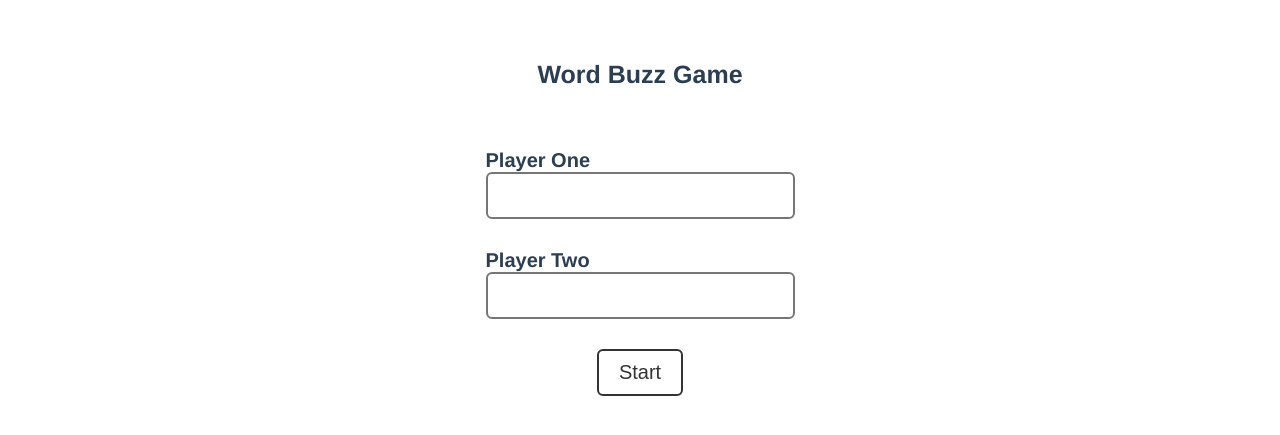
Repository: victorighalo/word-buzz-vue
Page: /
An editor plug-in stored every save of this project. The page is shown before and after the next save, followed by the edit.
The browser window is 1280 px wide. The pictures show the whole page.
The project was rebuilt for these pictures with package versions that can differ from the ones it lists, and the page was loaded fresh each time. Also part of the build but not shown: vue.config.js.

Above is the page before, as saved 2021-09-19 23:16:21.

### src/App.vue
<template>
  <GameContainer/>
</template>

<script>
import './assets/styles.scss'
import GameContainer from './components/GameContainer.vue'

export default {
  name: 'App',
  components: {
    GameContainer
  }
}
</script>

<style>
#app {
  font-family: Avenir, Helvetica, Arial, sans-serif;
  -webkit-font-smoothing: antialiased;
  -moz-osx-font-smoothing: grayscale;
  text-align: center;
  color: #2c3e50;
  margin-top: 60px;
}

.mb{
    margin-bottom: 30px !important;
}
.mt{
    margin-top: 30px !important;
}
label{
  display: block;
  text-align: left;
}
button {
    padding: 10px 20px;
    border-radius: 6px;
    border-width: 2px;
    border-style: solid;
    font-size: 20px;
    cursor: pointer;
    background: #fff;
        color: #333;
        border-color: #333;
    transition: 0.25s ease;
}
button:hover{
        background: #333;
        color: #fff;
}
input {
    padding: 10px 20px;
    border-radius: 6px;
    border-width: 2px;
    border-style: solid;
    font-size: 20px;
    cursor: pointer;
    transition: 0.25s ease;
}
h3{
font-size: 25px;
margin: 0;
}

h5{
    font-size: 20px;
    margin: 0;
    }
.game{
    display: flex;
    justify-content: space-around;
    align-items: center;
    flex-direction: row;
    height:90%
}
.game > .container > .header{
margin-bottom: 60px;
}
.game > .container{
        width: 50%;
    display: flex;
    justify-content: space-around;
    align-items: center;
    flex-direction: column;
    }
    .game > .gameover{
        width: 50%;
    display: flex;
    justify-content: space-around;
    align-items: center;
    flex-direction: column;
    }
.players > div{
        margin-bottom: 30px !important;
        text-align: left;
}
</style>

### src/assets/styles.scss
@import url('https://fonts.googleapis.com/css?family=Ubuntu');
// * {
//     all: unset;
//     display: revert;
//     box-sizing: border-box;
//     font-family: 'Ubuntu', sans-serif;

// }
// [default-styles] {
//     all: revert;
// }

### src/components/GameContainer.vue
<template>
  <div class="game">

 <div class="container" v-if="!uiProps.gameover">
   <div class="header">
     <h3>Word Buzz Game</h3>
   </div>
   <div class="content">
     <div class="players" v-if="!uiProps.gameStarted">
       <div class="mb">
         <h5>Player One</h5>
         <input type="text" v-model="uiProps.playerOne.name">
       </div>
       <div class="mb">
         <h5>Player Two</h5>
         <input type="text" v-model="uiProps.playerTwo.name">
       </div>
       <button @click="startGame">Start</button>
     </div>

     <div  class="question__container" v-if="uiProps.gameStarted && nextQuestion === null">
       <h5 class="mb">Hey! {{uiProps?.playerOne?.name}}, Enter your secret word</h5>
      <div class="question">

          <div class="mb">
            <label for="question">Secret Word</label>
            <input type="password" v-model="uiProps.question.value">
          </div>
          <div class="mb">
            <label for="question">Word Hint</label>
            <input type="text" v-model="uiProps.question.hint">
          </div>
          <button @click="saveQuestion" >Go!</button>

      </div>
     </div>

     <div class="answer__container"  v-if="uiProps.gameStarted && nextQuestion !== null">

         <div class="mb">
            <h5 class="mb">Hey! {{uiProps?.playerTwo?.name}}, Take a guess of {{uiProps?.playerOne?.name}}'s secret Word</h5>
            <h5>Word Hint: {{nextQuestion.hint}}</h5>
            <p class="mb">You have {{guessCount}} tries left</p>
            <input type="text" v-model="uiProps.answer">
          </div>
          <button @click="saveAnswer" >Take a guess</button>
       </div>

   </div>
   <div class="gameover"  v-if="uiProps.gameover">
     <h3>Game Over</h3>
   </div>
      </div>
      </div>
      </template>

<script>
  import { GameState } from "../data";
  import { GameModels} from "../models";
export default {
  name: 'Game',
  props: {
    msg: String
  },
  data: GameState,
  methods:{
  startGame(){
    if(this.playersReady){
      this.uiProps.gameStarted = true
    }else{
      alert('Enter Players name')
    }
  },
  saveQuestion(){
    if(!this.questionReady){
      alert('Hey! You need to enter a secret word and a hint. That\'s how the game works. duh!!!')
      return
    }
    GameModels.question.value = this.uiProps.question.value
    GameModels.question.hint = this.uiProps.question.hint
    GameModels.question.playerId = this.uiProps.playerOne.id
    GameModels.question.answers = []
    GameModels.question.questionKey = this.uiProps.questions.length
    this.uiProps.currentQuestionKey = this.uiProps.questions.length
    this.uiProps.questions.push(GameModels.question)
    console.log(this.uiProps.questions)

  },
    saveAnswer(){
if(this.nextQuestion){
  if(this.uiProps.answer.length < 2){
      alert(`Input an answer`)
      return false
    }
  const valid = this.validateAnswer()
  GameModels.answer.playerId = this.uiProps.playerTwo.id
  GameModels.answer.questionKey = this.nextQuestion.questionKey
  GameModels.answer.value = this.uiProps.answer
  this.uiProps.questions[this.nextQuestion.questionKey].answers.push(GameModels.answer)
  if(valid){
    this.uiProps.currentQuestionKey += 1
  }
}
  },
  validateAnswer(){
    if(this.uiProps.questions[this.nextQuestion.questionKey].value.toLowerCase() === this.uiProps.answer){
      alert(`Correct Answer!!!`)
      this.uiProps.answer = ''
      this.uiProps.question.value = ''
      this.uiProps.question.hint = ''
      return true
    }else{
      alert(`Wrong guess!!! You have ${this.guessCount - 1} tries left`)
      this.uiProps.answer = ''
      return false
    }
  }
  },
  computed: {
    playersReady(){ return this.uiProps.playerOne.name.length > 0 && this.uiProps.playerTwo.name.length > 0 },
    questionReady(){ return this.uiProps.question.value.length > 2 && this.uiProps.question.hint.length > 2 },
    nextQuestion(){
      let question = null
      if(this.uiProps.currentQuestionKey !== null){
      const cq = this.uiProps.questions[this.uiProps.currentQuestionKey]
      if(!cq){
        return null
      }
        if(cq.answers.length - 1 === this.uiProps.maxAnswersCount){
          question = this.uiProps.questions[this.uiProps.currentQuestionKey+1];
        }else{
          question = cq;
        }
        return question
      }
      return question;
    },
    guessCount(){
      if(this.nextQuestion){
        return this.uiProps.maxAnswersCount - this.nextQuestion.answers.length
      }else{
        return 0
      }
    }
  }
}
</script>

### src/data/index.js
export const GameState = function () {
    return {
        uiProps: {
            playerOne:{
            name:'',
            id:0,
            },
            playerTwo:{
            name:'',
            id:1
            },
            gameStarted:false,
            questions: [],
            question:{
                value:'',
                hint:''
            },
            answer:'',
            maxAnswersCount: 20,
            currentQuestionKey: null,
            gameOver: true,
    }
}
}

### src/models/index.js
export const GameModels = {
        question: {
            questionKey:null,
            playerId:null,
            value:null,
            hint:null,
            answers:[]
    },
    answer: {
        playerId:null,
        questionKey:null,
        value:null,
    }
}

Loaded but not shown: public/index.html (common file); src/main.js (common file)

After the next save:
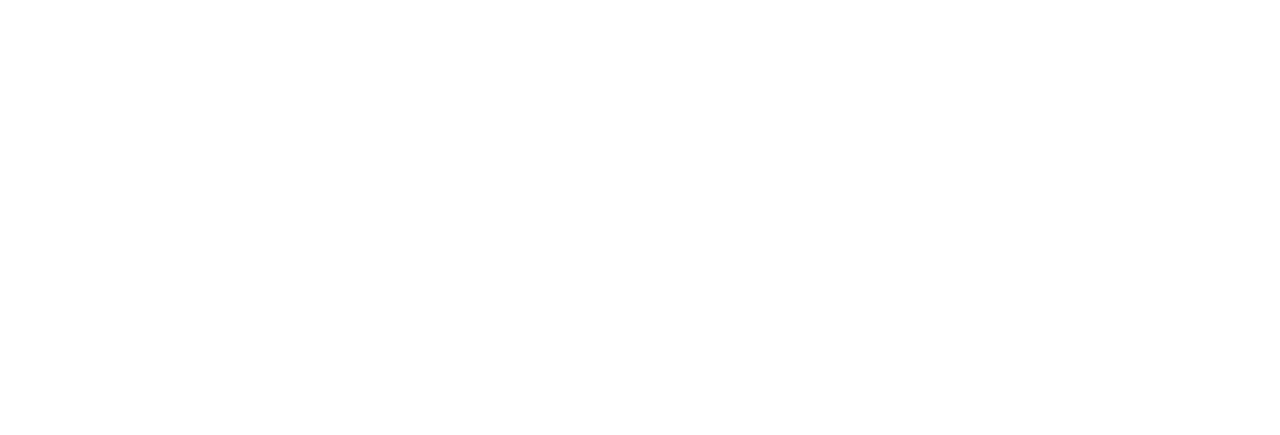
Saved 31 s later.
--- a/src/components/GameContainer.vue
+++ b/src/components/GameContainer.vue
@@ -1,7 +1,7 @@
 <template>
   <div class="game">
 
- <div class="container" v-if="!uiProps.gameover">
+ <div class="container" v-if="!uiProps.gameOver">
    <div class="header">
      <h3>Word Buzz Game</h3>
    </div>
@@ -47,7 +47,7 @@
        </div>
 
    </div>
-   <div class="gameover"  v-if="uiProps.gameover">
+   <div class="gameover"  v-if="uiProps.gameOver">
      <h3>Game Over</h3>
    </div>
       </div>

After the save that followed:
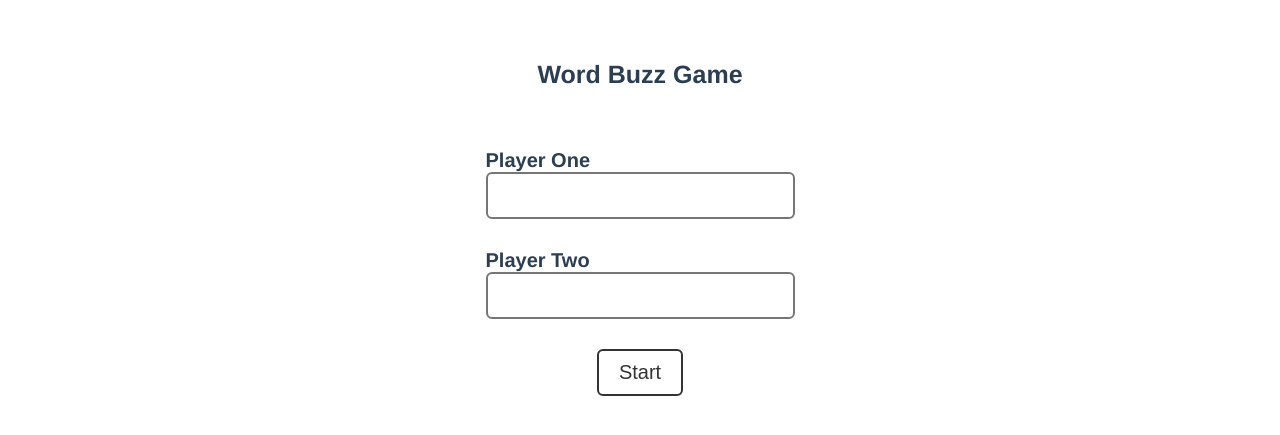
Saved 57 s later.
--- a/src/components/GameContainer.vue
+++ b/src/components/GameContainer.vue
@@ -47,7 +47,7 @@
        </div>
 
    </div>
-   <div class="gameover"  v-if="uiProps.gameOver">
+   <div class="gameover" v-if="uiProps.gameOver">
      <h3>Game Over</h3>
    </div>
       </div>
--- a/src/data/index.js
+++ b/src/data/index.js
@@ -18,7 +18,7 @@
             answer:'',
             maxAnswersCount: 20,
             currentQuestionKey: null,
-            gameOver: true,
+            gameOver: false,
     }
 }
 }
